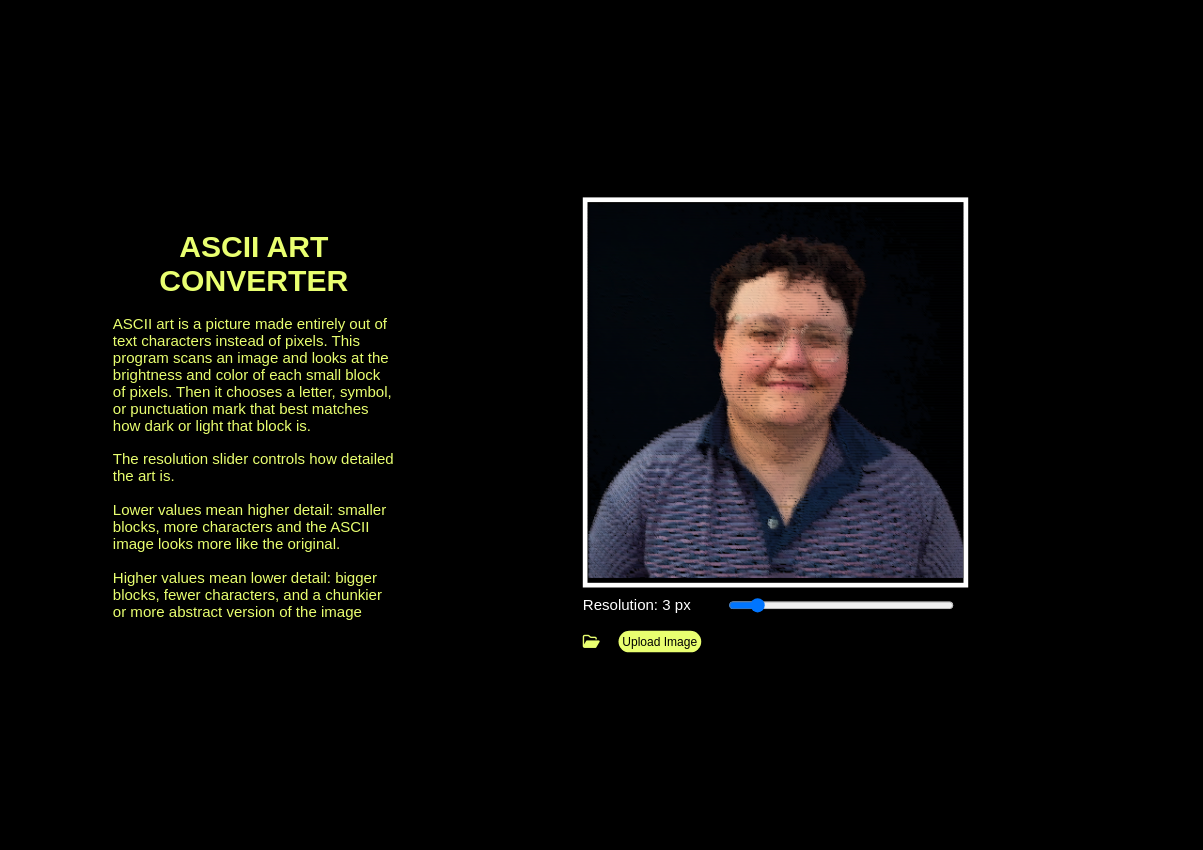
Repository: rosieomusic/ascii-art
Page: index.html
An editor plug-in stored every save of this project. The page is shown before and after the next save, followed by the edit.
The browser window is 1280 px wide. The pictures show the whole page, at 94% of full size.
Some web libraries are served in a nearby version.

Above is the page before, as saved 2025-05-06 19:42:32.

After the next save:
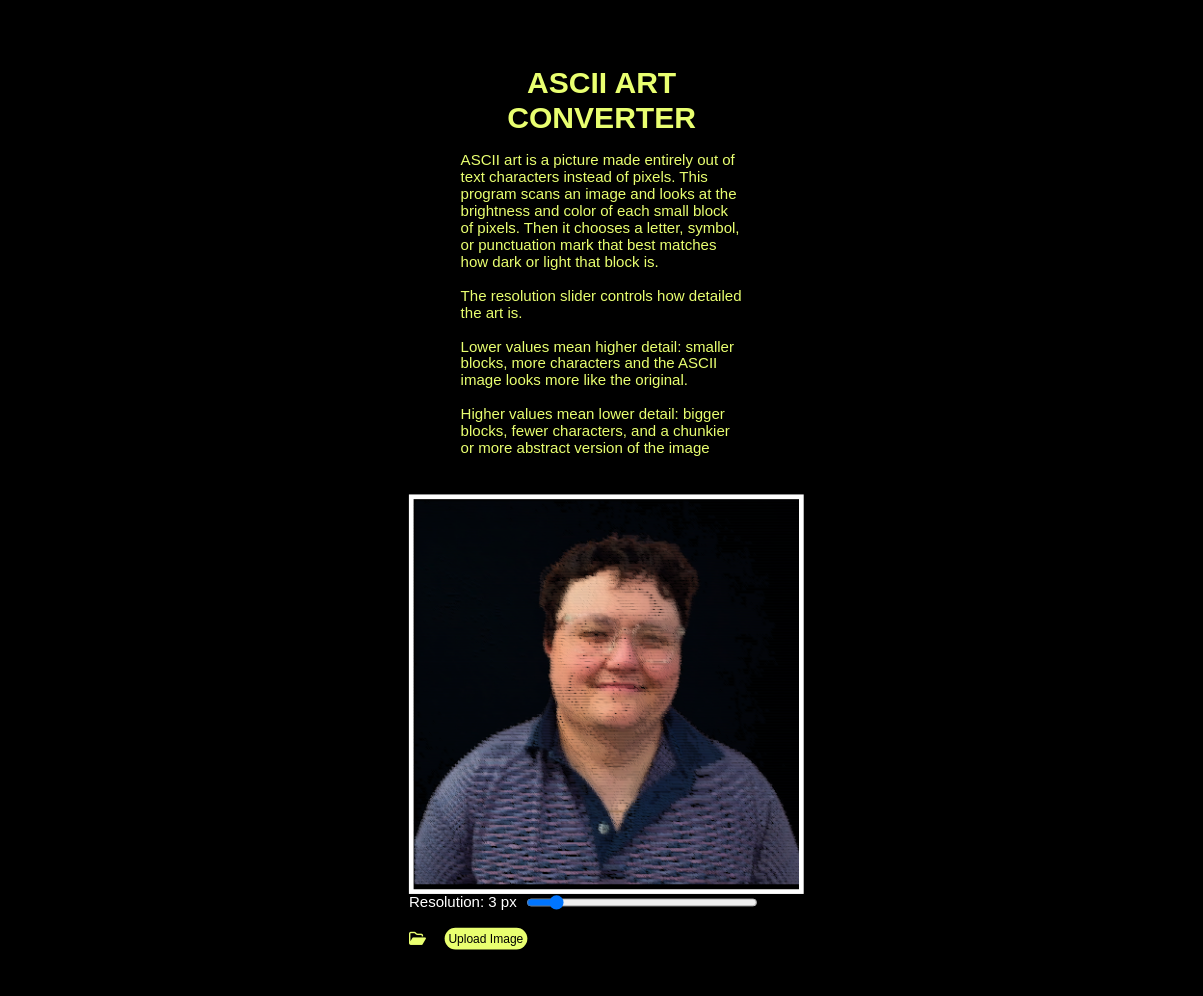
Saved 117 s later.
--- a/styles.css
+++ b/styles.css
@@ -75,7 +75,7 @@
 	color: #e9ff70;
 }
 
-@media (min-width: 768px) {
+@media (max-width: 767px) {
 	.big-container {
 		flex-direction: row;
 	}

After the save that followed:
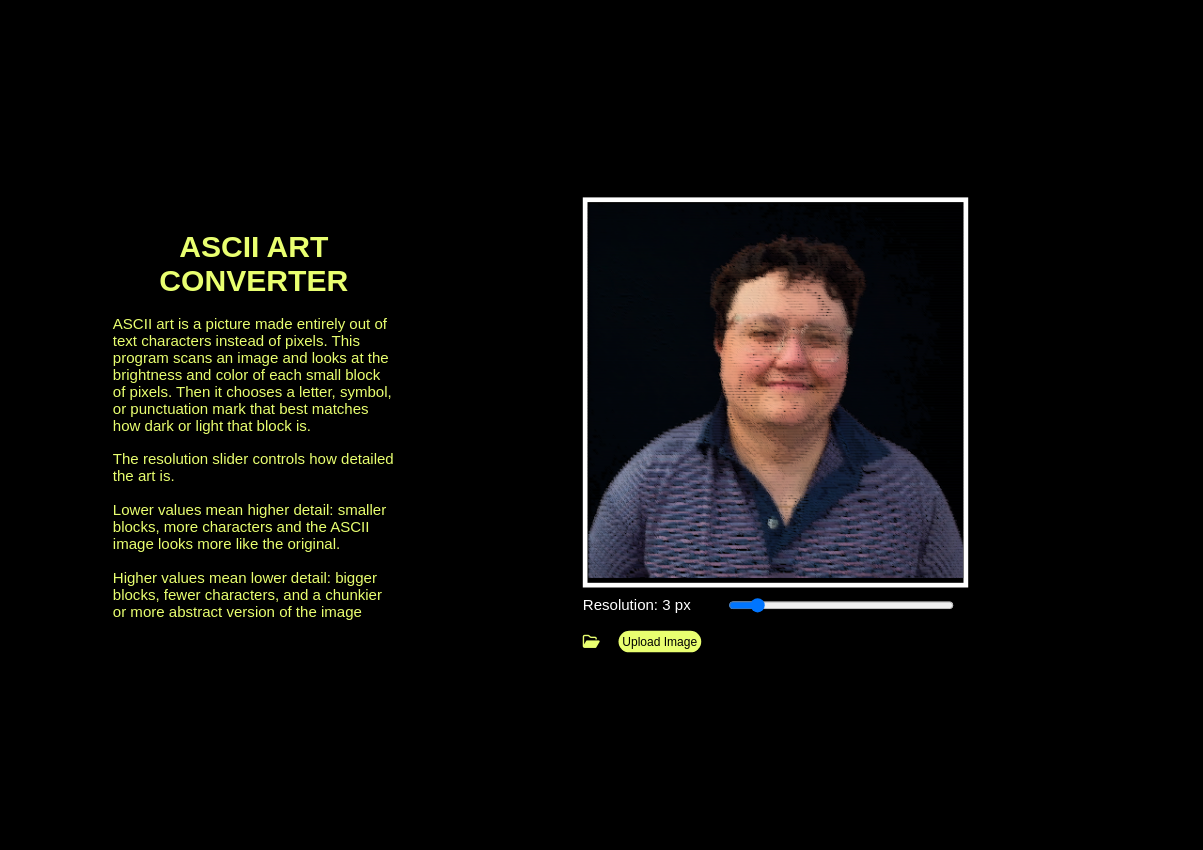
Saved 21 s later.
--- a/styles.css
+++ b/styles.css
@@ -75,7 +75,7 @@
 	color: #e9ff70;
 }
 
-@media (max-width: 767px) {
+@media (min-width: 768px) {
 	.big-container {
 		flex-direction: row;
 	}
